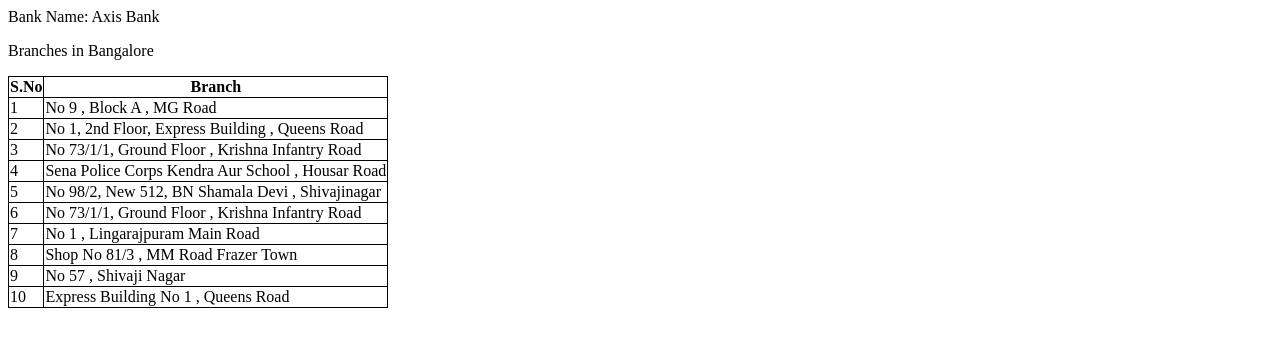
Repository: vibakar/spring-boot-topgear-assignments
Page: http://localhost/branches
An editor plug-in stored every save of this project. The page is shown before and after the next save, followed by the edit.
The browser window is 1280 px wide. The pictures show the whole page.
The page is this project's Thymeleaf template; nobody is signed in. The template is opened directly, without the code that normally fills it, so the values that code supplies are empty.

Above is the page before, as saved 2020-06-12 05:56:26.

### assignment2/src/main/resources/templates/branches.html
<html>
<head>
<style>
table, tr, td, th {
	border: 1px solid black;
	border-collapse: collapse;
}
</style>
</head>
<body.

<h2>Bank Name: Axis Bank</h2>

<p>Branches in Bangalore</p>

<table>
	<tr>
		<th>S.No</th>
		<th>Branch</th>
	</tr>
	<tr>
		<td>1</td>
		<td>No 9 , Block A , MG Road</td>
	</tr>
	<tr>
		<td>2</td>
		<td>No 1, 2nd Floor, Express Building , Queens Road</td>
	</tr>
	<tr>
		<td>3</td>
		<td>No 73/1/1, Ground Floor , Krishna Infantry Road</td>
	</tr>
	<tr>
		<td>4</td>
		<td>Sena Police Corps Kendra Aur School , Housar Road</td>
	</tr>
	<tr>
		<td>5</td>
		<td>No 98/2, New 512, BN Shamala Devi , Shivajinagar</td>
	</tr>
	<tr>
		<td>6</td>
		<td>No 73/1/1, Ground Floor , Krishna Infantry Road</td>
	</tr>
	<tr>
		<td>7</td>
		<td>No 1 , Lingarajpuram Main Road</td>
	</tr>
	<tr>
		<td>8</td>
		<td>Shop No 81/3 , MM Road Frazer Town</td>
	</tr>
	<tr>
		<td>9</td>
		<td>No 57 , Shivaji Nagar</td>
	</tr>
	<tr>
		<td>10</td>
		<td>Express Building No 1 , Queens Road</td>
	</tr>
</table>
</body>
</html>

After the next save:
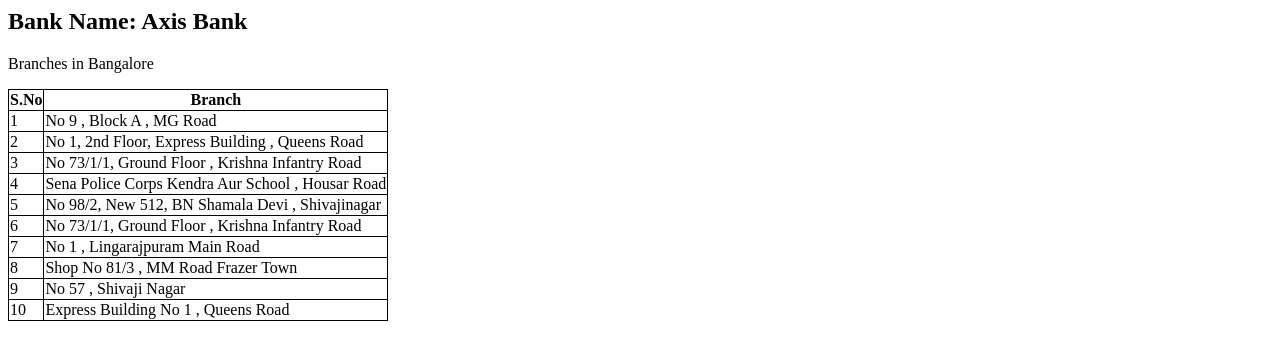
Saved 14 s later.
--- a/assignment2/src/main/resources/templates/branches.html
+++ b/assignment2/src/main/resources/templates/branches.html
@@ -7,7 +7,7 @@
 }
 </style>
 </head>
-<body.
+<body>
 
 <h2>Bank Name: Axis Bank</h2>
 
